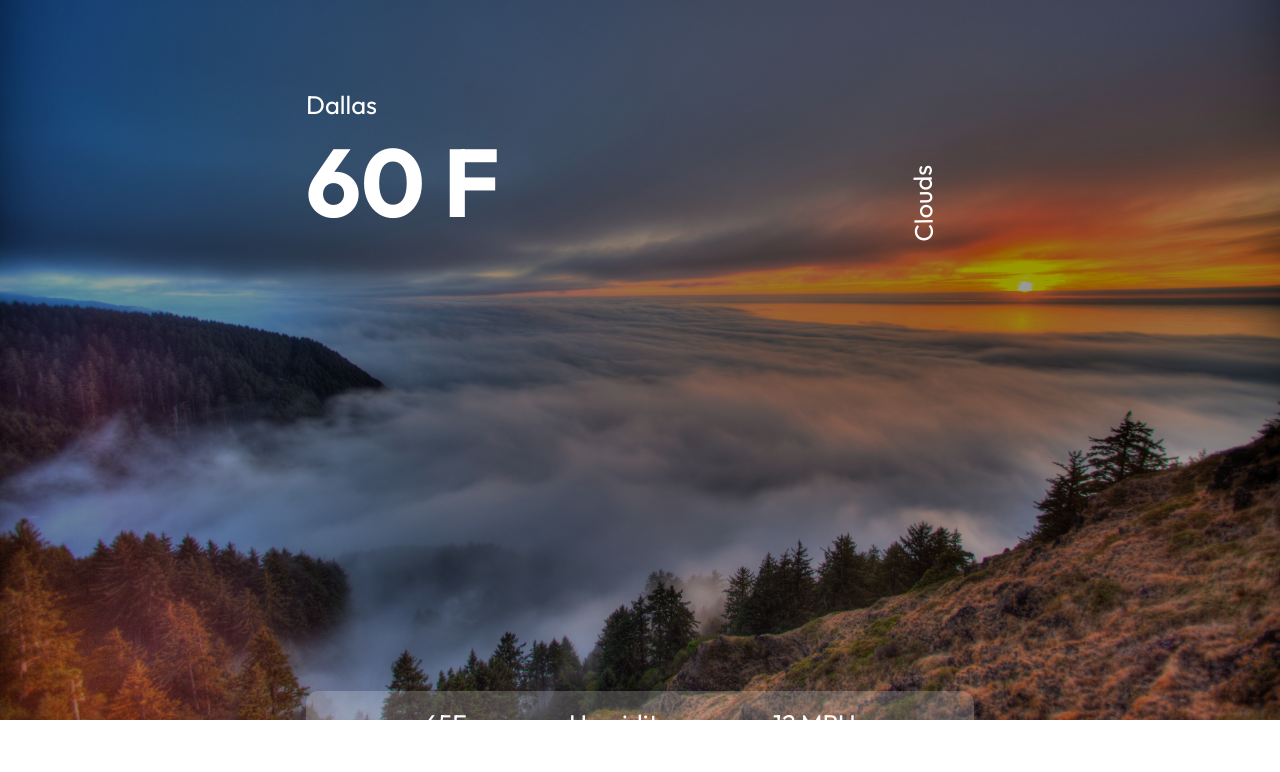
Repository: mahsa199170/react-fetch-data
Page: / (app in weather-map/)
These files come from the project's save history. The page is drawn as it stood at one moment and after the next save; the edit follows.
The browser window is 1280 px wide. The pictures show the whole page.
The page's requests for data from a server got no answer. The project was rebuilt for these pictures with package versions that can differ from the ones it lists, and the page was loaded fresh each time. No one was signed in, and anything a server would have sent is missing. Also part of the build but not shown: weather-map/src/App.css.

Above is the page before, as saved 2024-11-21 12:07:21.

### weather-map/src/index.css
@import url('https://fonts.googleapis.com/css2?family=Outfit:wght@100;200;300;400;500;600;700&family=Poppins:ital,wght@0,100;0,200;0,300;0,400;0,500;0,600;0,700;0,800;0,900;1,100;1,200;1,300;1,400;1,500;1,600;1,700;1,800;1,900&display=swap');

* {
  box-sizing: border-box;
  margin: 0;
  padding: 0;
}

body {
  font-family: 'Outfit', 'Segoe UI', 'Roboto', 'Oxygen', 'Ubuntu', 'Cantarell',
    'Fira Sans', 'Droid Sans', 'Helvetica Neue', sans-serif;
  -webkit-font-smoothing: antialiased;
  -moz-osx-font-smoothing: grayscale;
}

p {
  font-size: 1.6rem;
}

h1 {
  font-size: 6rem;
}

.app {
  width: 100%;
  height: 100vh;
  position: relative;
  background-color: rgba(0, 0, 0, 0.4);
  color: #fff;
}

.app:before {
  content: '';
  background: url('./assets/images/sunset.jpg') no-repeat center center/cover;
  position: absolute;
  width: 100%;
  height: 100%;
  top: 0;
  left: 0;
  z-index: -1;
}

.app .search {
  text-align: center;
  padding: 1rem;
}

.app input {
  padding: 0.7rem 1.5rem;
  font-size: 1.2rem;
  border-radius: 25px;
  border: 1px solid rgba(255, 255, 255, 0.8);
  background: rgba(255, 255, 255, 0.1);
  color: #f8f8f8;
}

::placeholder {
  color: #f8f8f8;
}

.container {
  max-width: 700px;
  height: 700px;
  margin: auto;
  padding: 0 1rem;
  position: relative;
  top: 10%;
  display: flex;
  flex-direction: column;
  justify-content: space-between;
}

.app .top {
  width: 100%;
  margin: 1rem auto;
}

.app .description {
  position: relative;
  right: -90%;
  transform-origin: 0 0;
  transform: rotate(269deg);
}

.app .bottom {
  display: flex;
  justify-content: space-evenly;
  text-align: center;
  width: 100%;
  margin: 1rem auto;
  padding: 1rem;
  border-radius: 12px;
  background-color: rgba(255, 255, 255, 0.2);
}

.bold {
  font-weight: 700;
}

### weather-map/src/App.js
import { useState } from 'react';
import './App.css';
import axios from 'axios';

function App() {
  const [humidity, setHumidity] = useState('');
  const apiKey = '3712c40bd43b9b9c388818e83126cc94';
  const url = `https://api.openweathermap.org/data/2.5/weather?q=dallas&appid=${apiKey}`;

  const fetchWeatherData = axios
    .get(url)
    .then((response) => setHumidity(response.data.main.humidity))
    .catch((error) => console.log(error));
  return (
    <div className="app">
      <div className="container">
        <div className="top">
          <div className="location">
            <p>Dallas</p>
          </div>
          <div className="temp">
            <h1>60 F</h1>
          </div>
          <div className="description">
            <p>Clouds</p>
          </div>
        </div>
        <div className="bottom">
          <div className="feels">
            <p>65F</p>
          </div>
          <div className="humidity">
            <p>{humidity}</p>
            <p>Humidity</p>
          </div>
          <div className="wind">
            <p>12 MPH</p>
          </div>
        </div>
      </div>
    </div>
  );
}

export default App;

Loaded but not shown: weather-map/public/index.html (common file); weather-map/src/index.js (common file)

After the next save:
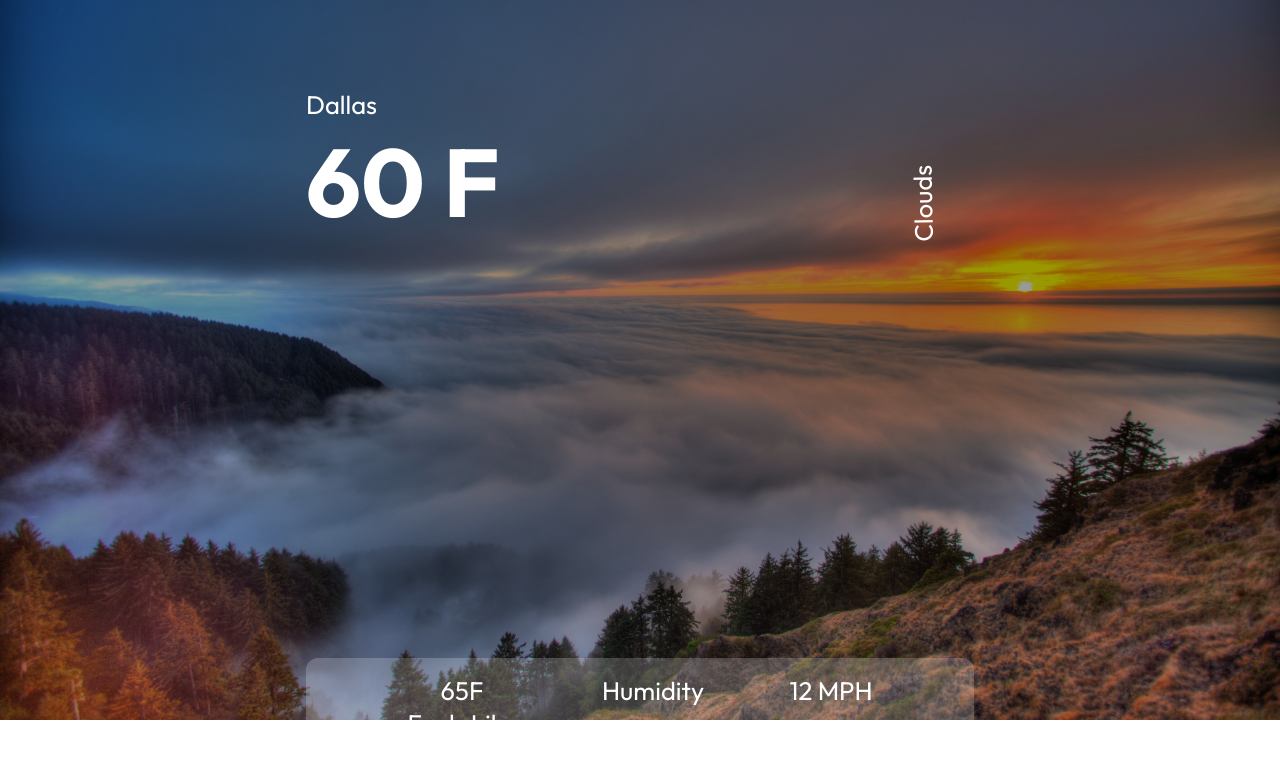
Saved 9 s later.
--- a/weather-map/src/App.js
+++ b/weather-map/src/App.js
@@ -28,6 +28,7 @@ function App() {
         <div className="bottom">
           <div className="feels">
             <p>65F</p>
+            <p>Feels Like</p>
           </div>
           <div className="humidity">
             <p>{humidity}</p>
